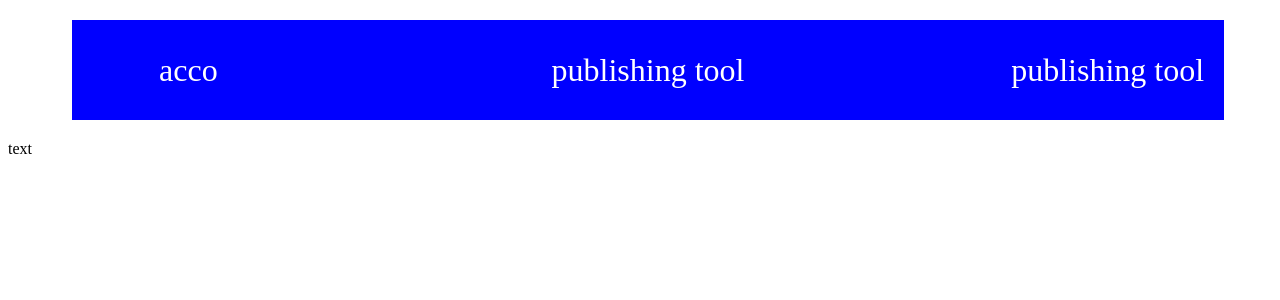
Repository: wimkinnet/Acco_Publish
Page: index.html
The author's editor kept a record of every edit. The page is drawn from the files as they stood at one moment, then again after the next edit.
The browser window is 1280 px wide. The pictures show the whole page.

Above is the page before.

After the next edit:
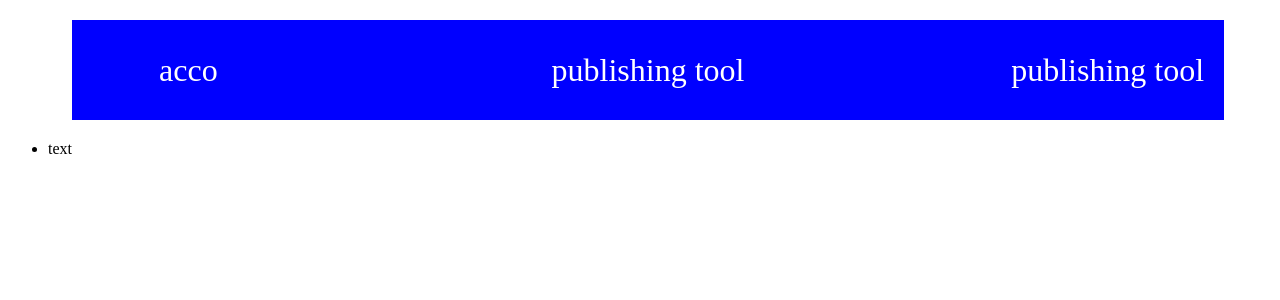
The edit:
--- a/index.html
+++ b/index.html
@@ -43,7 +43,11 @@
       </tr>
     </table>
     <div class=“view-bar”>
-      text
+      <ul>
+        <li>
+          text
+        </li>
+      </ul>
     </div>
   </body>
 </html>
